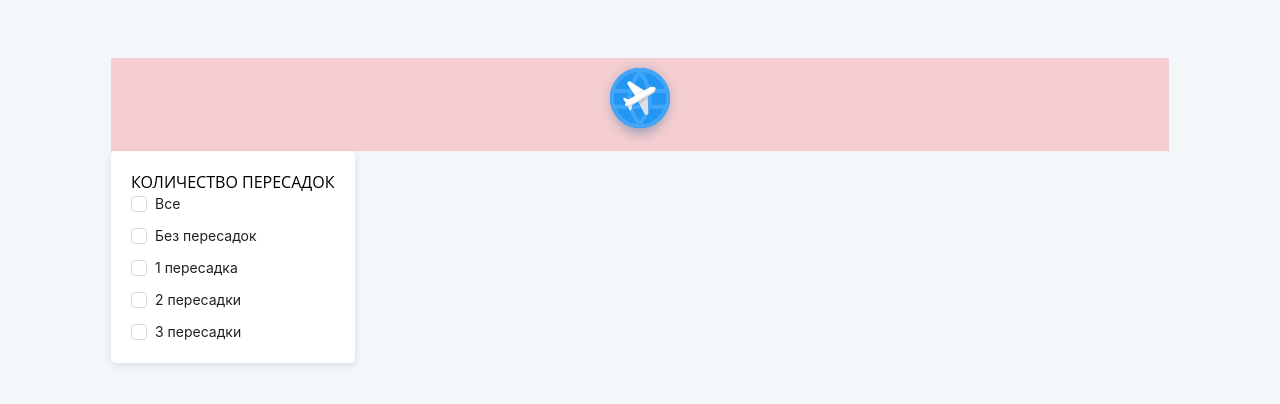
Repository: Dedoxa/aviasalesTickets
Page: /
An editor plug-in stored every save of this project. The page is shown before and after the next save, followed by the edit.
The browser window is 1280 px wide. The pictures show the whole page.
The project was rebuilt for these pictures with package versions that can differ from the ones it lists, and the page was loaded fresh each time. Also part of the build but not shown: vite.config.js.

Above is the page before, as saved 2024-10-19 16:04:10.

After the next save:
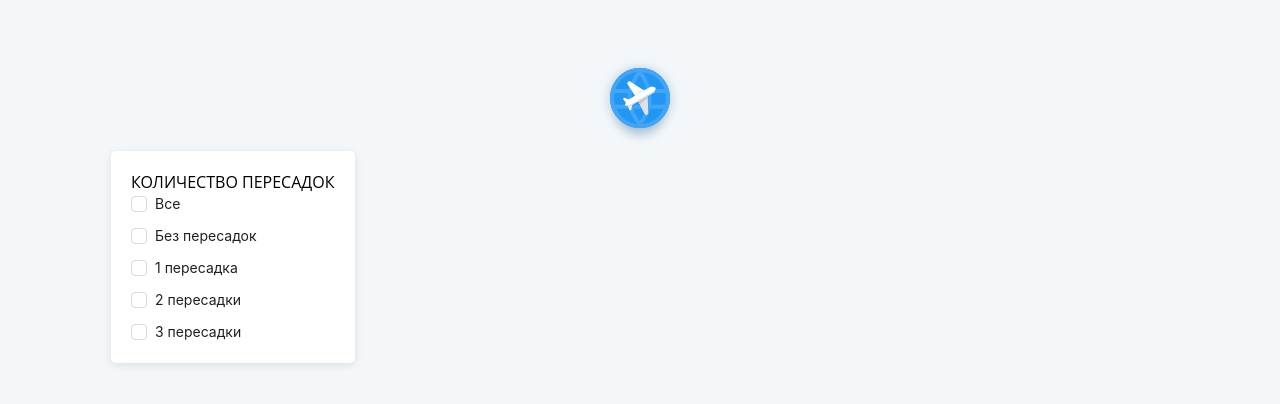
Saved 4 s later.
--- a/src/AppIcon/AppIcon.module.scss
+++ b/src/AppIcon/AppIcon.module.scss
@@ -1,4 +1,3 @@
 .AppIcon {
-    background-color: rgba(255, 0, 0, 0.166);
     text-align: center;
 }
